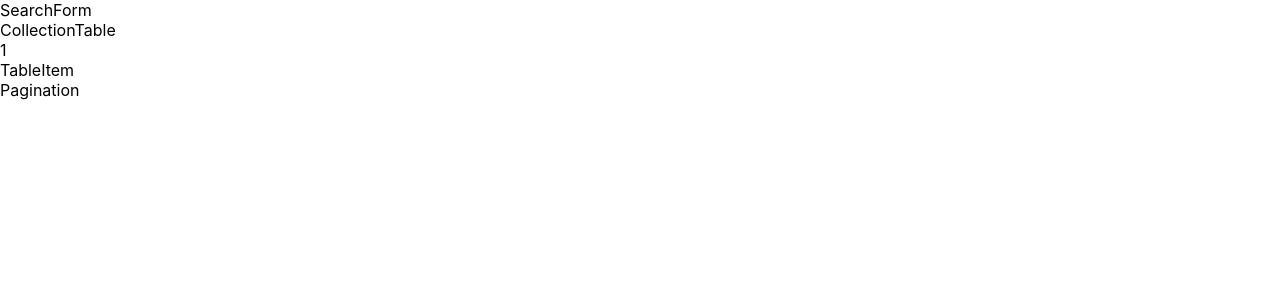
Repository: ivan-baljkas/pristupni_zadatak
Page: / (app in frontend/react-akademija-master/)
These files come from the project's save history. The page is drawn as it stood at one moment and after the next save; the edit follows.
The browser window is 1280 px wide. The pictures show the whole page.
The project was rebuilt for these pictures with package versions that can differ from the ones it lists, and the page was loaded fresh each time.

Above is the page before, as saved 2021-07-21 12:29:39.

### frontend/react-akademija-master/src/App.js
import React from "react";
import { SearchForm } from "./components/SearchForm";
import { CollectionTable } from "./components/CollectionTable";
import { TableItem } from "./components/TableItem";
import { Pagination } from "./components/Pagination";
import data from "./data.json";

const App = () => {
  console.log(data);

  return (
    <div>
        <SearchForm/>
        <CollectionTable/>
        {data.pagination.page}
        <TableItem/>
        <Pagination/>
    </div>
  );
};

export default App;

### frontend/react-akademija-master/src/components/SearchForm.jsx
import React, { Component } from 'react'

export const SearchForm = (props) =>{

    return(
        <div>
            SearchForm
        </div>
    );
};

### frontend/react-akademija-master/src/components/CollectionTable.jsx
import React, { Component } from 'react'

export const CollectionTable = (props) =>{

    return(
        <div>
            CollectionTable
        </div>
    );
};

### frontend/react-akademija-master/src/components/TableItem.jsx
import React, { Component } from 'react'

export const TableItem = (props) =>{

    return(
        <div>
            TableItem
        </div>
    );
};

### frontend/react-akademija-master/src/components/Pagination.jsx
import React, { Component } from 'react'

export const Pagination = (props) =>{

    return(
        <div>
            Pagination
        </div>
    );
};

### frontend/react-akademija-master/src/data.json
{
  "pagination": {
    "page": 1,
    "pages": 26,
    "per_page": 10,
    "items": 255,
    "urls": {
      "first": "https://api.discogs.com/users/adrianmusiccollector/collection/folders/0/releases?per_page=10&page=1",
      "last": "https://api.discogs.com/users/adrianmusiccollector/collection/folders/0/releases?per_page=10&page=26",
      "prev": "https://api.discogs.com/users/adrianmusiccollector/collection/folders/0/releases?per_page=10&page=1",
      "next": "https://api.discogs.com/users/adrianmusiccollector/collection/folders/0/releases?per_page=10&page=3"
    }
  },
  "releases": [
    {
      "id": 2462710,
      "instance_id": 495199692,
      "date_added": "2020-08-04T08:57:28-07:00",
      "rating": 0,
      "basic_information": {
        "id": 2462710,
        "master_id": 28197,
        "master_url": "https://api.discogs.com/masters/28197",
        "resource_url": "https://api.discogs.com/releases/2462710",
        "thumb": "",
        "cover_image": "",
        "title": "Danzig III: How The Gods Kill",
        "year": 0,
        "formats": [
          { "name": "CD", "qty": "1", "descriptions": ["Album", "Reissue"] }
        ],
        "labels": [
          {
            "name": "American Recordings",
            "catno": "491785 2",
            "entity_type": "1",
            "entity_type_name": "Label",
            "id": 2569,
            "resource_url": "https://api.discogs.com/labels/2569"
          },
          {
            "name": "Columbia",
            "catno": "02-491785-10",
            "entity_type": "1",
            "entity_type_name": "Label",
            "id": 1866,
            "resource_url": "https://api.discogs.com/labels/1866"
          }
        ],
        "artists": [
          {
            "name": "Danzig",
            "anv": "",
            "join": "",
            "role": "",
            "tracks": "",
            "id": 217411,
            "resource_url": "https://api.discogs.com/artists/217411"
          }
        ],
        "genres": ["Rock"],
        "styles": ["Blues Rock", "Hard Rock", "Heavy Metal"]
      }
    },
    {
      "id": 385438,
      "instance_id": 495284040,
      "date_added": "2020-08-04T15:46:56-07:00",
      "rating": 0,
      "basic_information": {
        "id": 385438,
        "master_id": 8636,
        "master_url": "https://api.discogs.com/masters/8636",
        "resource_url": "https://api.discogs.com/releases/385438",
        "thumb": "",
        "cover_image": "",
        "title": "For Those About To Rock We Salute You",
        "year": 1994,
        "formats": [
          {
            "name": "CD",
            "qty": "1",
            "descriptions": ["Album", "Reissue", "Remastered"]
          }
        ],
        "labels": [
          {
            "name": "ATCO Records",
            "catno": "7567-92412-2",
            "entity_type": "1",
            "entity_type_name": "Label",
            "id": 3820,
            "resource_url": "https://api.discogs.com/labels/3820"
          }
        ],
        "artists": [
          {
            "name": "AC/DC",
            "anv": "",
            "join": "",
            "role": "",
            "tracks": "",
            "id": 84752,
            "resource_url": "https://api.discogs.com/artists/84752"
          }
        ],
        "genres": ["Rock"],
        "styles": ["Hard Rock"]
      }
    },
    {
      "id": 7332063,
      "instance_id": 495260051,
      "date_added": "2020-08-04T14:14:50-07:00",
      "rating": 0,
      "basic_information": {
        "id": 7332063,
        "master_id": 8580,
        "master_url": "https://api.discogs.com/masters/8580",
        "resource_url": "https://api.discogs.com/releases/7332063",
        "thumb": "",
        "cover_image": "",
        "title": "Live",
        "year": 0,
        "formats": [
          { "name": "CD", "qty": "2", "descriptions": ["Album", "Reissue"] }
        ],
        "labels": [
          {
            "name": "ATCO Records",
            "catno": "7567-92212-2",
            "entity_type": "1",
            "entity_type_name": "Label",
            "id": 3820,
            "resource_url": "https://api.discogs.com/labels/3820"
          },
          {
            "name": "Albert Productions",
            "catno": "7567-92212-2",
            "entity_type": "1",
            "entity_type_name": "Label",
            "id": 33440,
            "resource_url": "https://api.discogs.com/labels/33440"
          }
        ],
        "artists": [
          {
            "name": "AC/DC",
            "anv": "",
            "join": "",
            "role": "",
            "tracks": "",
            "id": 84752,
            "resource_url": "https://api.discogs.com/artists/84752"
          }
        ],
        "genres": ["Rock"],
        "styles": ["Hard Rock", "Rock & Roll"]
      }
    },
    {
      "id": 456943,
      "instance_id": 495284592,
      "date_added": "2020-08-04T15:48:52-07:00",
      "rating": 0,
      "basic_information": {
        "id": 456943,
        "master_id": 8437,
        "master_url": "https://api.discogs.com/masters/8437",
        "resource_url": "https://api.discogs.com/releases/456943",
        "thumb": "",
        "cover_image": "",
        "title": "High Voltage",
        "year": 1994,
        "formats": [
          {
            "name": "CD",
            "qty": "1",
            "descriptions": ["Album", "Reissue", "Remastered"]
          }
        ],
        "labels": [
          {
            "name": "ATCO Records",
            "catno": "7567-92413-2",
            "entity_type": "1",
            "entity_type_name": "Label",
            "id": 3820,
            "resource_url": "https://api.discogs.com/labels/3820"
          },
          {
            "name": "ATCO Records",
            "catno": "92413-2",
            "entity_type": "1",
            "entity_type_name": "Label",
            "id": 3820,
            "resource_url": "https://api.discogs.com/labels/3820"
          }
        ],
        "artists": [
          {
            "name": "AC/DC",
            "anv": "",
            "join": "",
            "role": "",
            "tracks": "",
            "id": 84752,
            "resource_url": "https://api.discogs.com/artists/84752"
          }
        ],
        "genres": ["Rock"],
        "styles": ["Hard Rock"]
      }
    },
    {
      "id": 10873272,
      "instance_id": 719463895,
      "date_added": "2021-05-31T11:07:58-07:00",
      "rating": 0,
      "basic_information": {
        "id": 10873272,
        "master_id": 315130,
        "master_url": "https://api.discogs.com/masters/315130",
        "resource_url": "https://api.discogs.com/releases/10873272",
        "thumb": "",
        "cover_image": "",
        "title": "Lightning Strikes",
        "year": 1986,
        "formats": [{ "name": "CD", "qty": "1", "descriptions": ["Album"] }],
        "labels": [
          {
            "name": "ATCO Records",
            "catno": "790 512-2",
            "entity_type": "1",
            "entity_type_name": "Label",
            "id": 3820,
            "resource_url": "https://api.discogs.com/labels/3820"
          },
          {
            "name": "ATCO Records",
            "catno": "90512-2",
            "entity_type": "1",
            "entity_type_name": "Label",
            "id": 3820,
            "resource_url": "https://api.discogs.com/labels/3820"
          }
        ],
        "artists": [
          {
            "name": "Loudness (5)",
            "anv": "",
            "join": "",
            "role": "",
            "tracks": "",
            "id": 594808,
            "resource_url": "https://api.discogs.com/artists/594808"
          }
        ],
        "genres": ["Rock"],
        "styles": ["Hard Rock", "Heavy Metal"]
      }
    },
    {
      "id": 370885,
      "instance_id": 495193819,
      "date_added": "2020-08-04T08:15:48-07:00",
      "rating": 0,
      "basic_information": {
        "id": 370885,
        "master_id": 8670,
        "master_url": "https://api.discogs.com/masters/8670",
        "resource_url": "https://api.discogs.com/releases/370885",
        "thumb": "",
        "cover_image": "",
        "title": "The Razors Edge",
        "year": 1990,
        "formats": [{ "name": "CD", "qty": "1", "descriptions": ["Album"] }],
        "labels": [
          {
            "name": "ATCO Records",
            "catno": "7567-91413-2",
            "entity_type": "1",
            "entity_type_name": "Label",
            "id": 3820,
            "resource_url": "https://api.discogs.com/labels/3820"
          },
          {
            "name": "ATCO Records",
            "catno": "7567-91413-2 YS",
            "entity_type": "1",
            "entity_type_name": "Label",
            "id": 3820,
            "resource_url": "https://api.discogs.com/labels/3820"
          },
          {
            "name": "Albert Productions",
            "catno": "7567-91413-2",
            "entity_type": "1",
            "entity_type_name": "Label",
            "id": 33440,
            "resource_url": "https://api.discogs.com/labels/33440"
          },
          {
            "name": "Albert Productions",
            "catno": "7567-91413-2 YS",
            "entity_type": "1",
            "entity_type_name": "Label",
            "id": 33440,
            "resource_url": "https://api.discogs.com/labels/33440"
          }
        ],
        "artists": [
          {
            "name": "AC/DC",
            "anv": "",
            "join": "",
            "role": "",
            "tracks": "",
            "id": 84752,
            "resource_url": "https://api.discogs.com/artists/84752"
          }
        ],
        "genres": ["Rock"],
        "styles": ["Hard Rock"]
      }
    },
    {
      "id": 3708739,
      "instance_id": 659792917,
      "date_added": "2021-04-01T02:51:07-07:00",
      "rating": 0,
      "basic_information": {
        "id": 3708739,
        "master_id": 451115,
        "master_url": "https://api.discogs.com/masters/451115",
        "resource_url": "https://api.discogs.com/releases/3708739",
        "thumb": "",
        "cover_image": "",
        "title": "Loudness",
        "year": 1992,
        "formats": [{ "name": "CD", "qty": "1", "descriptions": ["Album"] }],
        "labels": [
          {
            "name": "ATCO Records",
            "catno": "WPCL-657",
            "entity_type": "1",
            "entity_type_name": "Label",
            "id": 3820,
            "resource_url": "https://api.discogs.com/labels/3820"
          },
          {
            "name": "Warner Music Japan",
            "catno": "WPCL-657",
            "entity_type": "1",
            "entity_type_name": "Label",
            "id": 52253,
            "resource_url": "https://api.discogs.com/labels/52253"
          }
        ],
        "artists": [
          {
            "name": "Loudness (5)",
            "anv": "",
            "join": "",
            "role": "",
            "tracks": "",
            "id": 594808,
            "resource_url": "https://api.discogs.com/artists/594808"
          }
        ],
        "genres": ["Rock"],
        "styles": ["Speed Metal", "Hard Rock", "Heavy Metal"]
      }
    },
    {
      "id": 4915709,
      "instance_id": 495258801,
      "date_added": "2020-08-04T14:09:39-07:00",
      "rating": 0,
      "basic_information": {
        "id": 4915709,
        "master_id": 578071,
        "master_url": "https://api.discogs.com/masters/578071",
        "resource_url": "https://api.discogs.com/releases/4915709",
        "thumb": "",
        "cover_image": "",
        "title": "Operation Mindcrime + Queen Of The Reich ",
        "year": 1999,
        "formats": [
          {
            "name": "CD",
            "qty": "2",
            "text": "Media book",
            "descriptions": [
              "Compilation",
              "Deluxe Edition",
              "Reissue",
              "Remastered"
            ]
          }
        ],
        "labels": [
          {
            "name": "Axe Killer Records",
            "catno": "3052182",
            "entity_type": "1",
            "entity_type_name": "Label",
            "id": 83934,
            "resource_url": "https://api.discogs.com/labels/83934"
          },
          {
            "name": "Axe Killer Records",
            "catno": "Wag 351",
            "entity_type": "1",
            "entity_type_name": "Label",
            "id": 83934,
            "resource_url": "https://api.discogs.com/labels/83934"
          }
        ],
        "artists": [
          {
            "name": "Queensr\u00ffche",
            "anv": "",
            "join": "",
            "role": "",
            "tracks": "",
            "id": 255363,
            "resource_url": "https://api.discogs.com/artists/255363"
          }
        ],
        "genres": ["Rock"],
        "styles": ["Heavy Metal"]
      }
    },
    {
      "id": 6582063,
      "instance_id": 495262219,
      "date_added": "2020-08-04T14:24:02-07:00",
      "rating": 0,
      "basic_information": {
        "id": 6582063,
        "master_id": 29521,
        "master_url": "https://api.discogs.com/masters/29521",
        "resource_url": "https://api.discogs.com/releases/6582063",
        "thumb": "",
        "cover_image": "",
        "title": "Metal Heart",
        "year": 0,
        "formats": [
          {
            "name": "CD",
            "qty": "1",
            "descriptions": ["Album", "Reissue", "Remastered", "Repress"]
          }
        ],
        "labels": [
          {
            "name": "BMG",
            "catno": "74321 93213 2",
            "entity_type": "1",
            "entity_type_name": "Label",
            "id": 1003,
            "resource_url": "https://api.discogs.com/labels/1003"
          },
          {
            "name": "RCA",
            "catno": "74321 93213 2",
            "entity_type": "1",
            "entity_type_name": "Label",
            "id": 895,
            "resource_url": "https://api.discogs.com/labels/895"
          },
          {
            "name": "Musicline.de",
            "catno": "74321 93213 2",
            "entity_type": "1",
            "entity_type_name": "Label",
            "id": 651772,
            "resource_url": "https://api.discogs.com/labels/651772"
          }
        ],
        "artists": [
          {
            "name": "Accept",
            "anv": "",
            "join": "",
            "role": "",
            "tracks": "",
            "id": 271475,
            "resource_url": "https://api.discogs.com/artists/271475"
          }
        ],
        "genres": ["Rock"],
        "styles": ["Heavy Metal"]
      }
    },
    {
      "id": 9018310,
      "instance_id": 495282966,
      "date_added": "2020-08-04T15:43:26-07:00",
      "rating": 0,
      "basic_information": {
        "id": 9018310,
        "master_id": 4844,
        "master_url": "https://api.discogs.com/masters/4844",
        "resource_url": "https://api.discogs.com/releases/9018310",
        "thumb": "",
        "cover_image": "",
        "title": "Master Of Reality",
        "year": 2014,
        "formats": [
          {
            "name": "CD",
            "qty": "1",
            "text": "Digipak",
            "descriptions": ["Album", "Reissue", "Remastered"]
          }
        ],
        "labels": [
          {
            "name": "BMG",
            "catno": "2730325",
            "entity_type": "1",
            "entity_type_name": "Label",
            "id": 1003,
            "resource_url": "https://api.discogs.com/labels/1003"
          },
          {
            "name": "Sanctuary",
            "catno": "2730325",
            "entity_type": "1",
            "entity_type_name": "Label",
            "id": 28233,
            "resource_url": "https://api.discogs.com/labels/28233"
          }
        ],
        "artists": [
          {
            "name": "Black Sabbath",
            "anv": "",
            "join": "",
            "role": "",
            "tracks": "",
            "id": 144998,
            "resource_url": "https://api.discogs.com/artists/144998"
          }
        ],
        "genres": ["Rock"],
        "styles": ["Hard Rock", "Heavy Metal"]
      }
    }
  ]
}

Loaded but not shown: frontend/react-akademija-master/public/index.html (common file); frontend/react-akademija-master/src/index.js (common file); frontend/react-akademija-master/src/index.css (common file); frontend/react-akademija-master/src/reportWebVitals.js (common file)

After the next save:
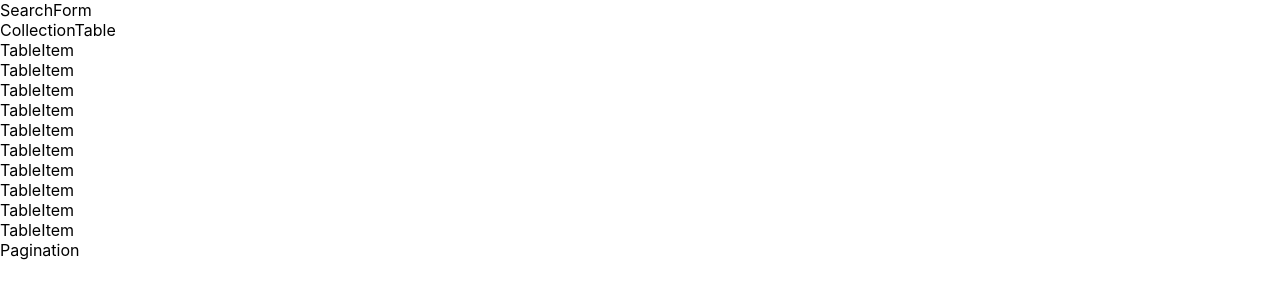
Saved 99 s later.
--- a/frontend/react-akademija-master/src/App.js
+++ b/frontend/react-akademija-master/src/App.js
@@ -12,8 +12,10 @@ const App = () => {
     <div>
         <SearchForm/>
         <CollectionTable/>
-        {data.pagination.page}
-        <TableItem/>
+        {data.releases.map(release=>(
+          <TableItem/>
+        ))}
+
         <Pagination/>
     </div>
   );
